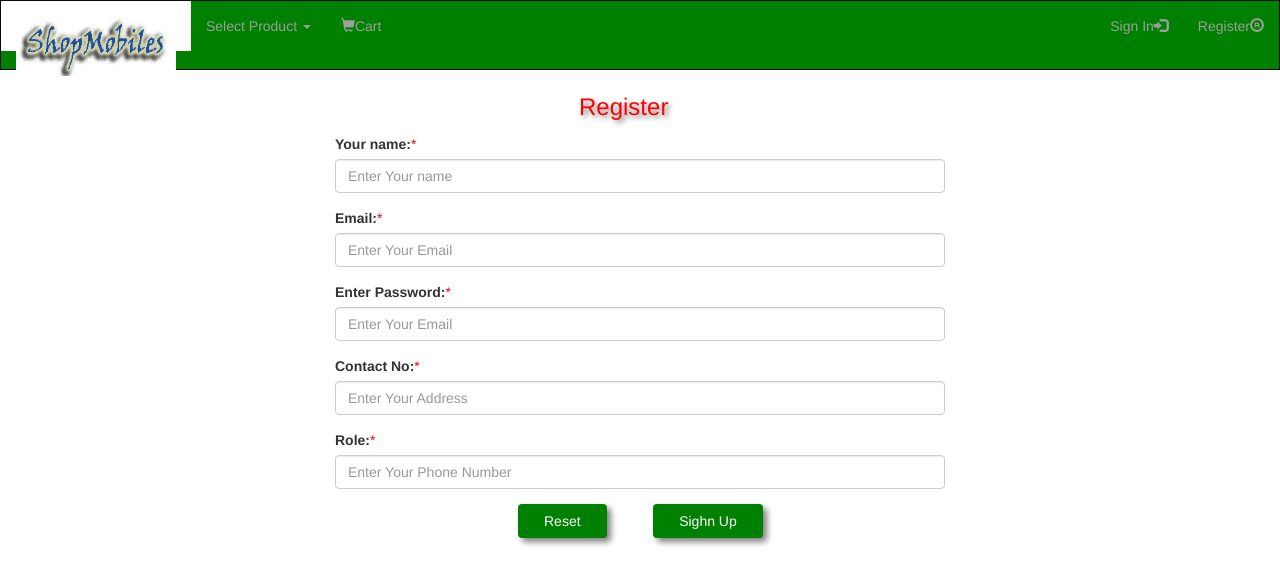
Repository: KoustabhBiswas/Final-Ecommerce-Project
Page: http://localhost/ecommerce1/WEB-INF/views/register.jsp
An editor plug-in stored every save of this project. The page is shown before and after the next save, followed by the edit.
The browser window is 1280 px wide. The pictures show the whole page.
Some web libraries are served in a nearby version. The page is served by Tomcat 9. Nobody is signed in. Other server files are loaded and not shown. The template is opened directly, without the code that normally fills it, so the values that code supplies are empty.

Above is the page before, as saved 2017-09-17 12:11:55.

### Final Ecommerce Project/Ecommerce_Project-master/project/ecommerce1/src/main/webapp/WEB-INF/views/register.jsp
<%@ page language="java" contentType="text/html; charset=ISO-8859-1"
    pageEncoding="ISO-8859-1"%>
    <%@ taglib uri="http://www.springframework.org/tags/form" prefix="form" %>
<!DOCTYPE html PUBLIC "-//W3C//DTD HTML 4.01 Transitional//EN" "http://www.w3.org/TR/html4/loose.dtd">
<html>
<head>
<meta http-equiv="Content-Type" content="text/html; charset=ISO-8859-1">
<title>Insert title here</title>
<link rel="stylesheet"
	href="https://cdnjs.cloudflare.com/ajax/libs/font-awesome/4.7.0/css/font-awesome.min.css">

<link rel="stylesheet"
	href="https://maxcdn.bootstrapcdn.com/bootstrap/3.3.7/css/bootstrap.min.css">
<script
	src="https://ajax.googleapis.com/ajax/libs/jquery/3.2.1/jquery.min.js"></script>
<script
	src="https://maxcdn.bootstrapcdn.com/bootstrap/3.3.7/js/bootstrap.min.js"></script>
<style>
.btn{
	box-shadow:4px 4px 6px grey;
	margin-right: 10%;
	padding-right: 25px;
	padding-left: 25px;
	background-color: green;
	color: white;
}
.btn:hover{
	box-shadow:2px 2px 4px grey;
	background-color: blue;
}
</style>
</head>
<body>
<div class="container-fluid">
	<%@ include file="shared/navbar.jsp" %>
	<div class="row" >

  		<div class="col-md-6" style="margin-left: 25%; ">
  				<div><p style="color: red; margin-left: 40%; font-size: 24px; text-shadow: 3px 3px 5px grey; ">Register</p></div>

  			<form:form action="userSubmit" modelAttribute="registration" method="post" class="form-group">
  				<div class="form-group">
  				<form:input type="hidden" path="userId" />
  					<form:label path="userName">Your name:</form:label><span style="color: red">*</span>
  					<form:input type="text" name="uname" path="userName" class="form-control" placeholder="Enter Your name" />
  				</div>

  				<div class="form-group">
  					<form:label path="emailId">Email:</form:label><span style="color: red">*</span>
  					<form:input type="text" path="emailId" class="form-control" placeholder="Enter Your Email" />
  				</div>
				<div class="form-group">
  					<form:label path="password">Enter Password:</form:label><span style="color: red">*</span>
  					<form:input type="password" path="password" class="form-control" placeholder="Enter Your Email" />
  				</div>

  				<div class="form-group">
  					<form:label path="contactNo">Contact No:</form:label><span style="color: red">*</span>
  					<form:input type="text" path="contactNo" class="form-control" placeholder="Enter Your Address" />
  				</div>

  				<div class="form-group">
  					<form:label path="role">Role:</form:label><span style="color: red">*</span>
  					<form:input type="text" path="role" class="form-control" placeholder="Enter Your Phone Number" />
  				</div>



  				<div style="margin-left: 30% ">
  					<input type="reset" value="Reset" class="btn" style="">

  					<input type="submit" value="Sighn Up" class="btn" style="  padding-right: 25px; padding-left: 25px;">
  				</div>

  			</form:form>

  		</div>

  	</div>
  	</div>
</body>
</html>

### Final Ecommerce Project/Ecommerce_Project-master/project/ecommerce1/src/main/webapp/WEB-INF/views/shared/navbar.jsp
<%@ page language="java" contentType="text/html; charset=ISO-8859-1"
	pageEncoding="ISO-8859-1" isELIgnored="false"%>
<%@ taglib uri="http://www.springframework.org/security/tags"
	prefix="sec"%>
<%@ taglib uri="http://java.sun.com/jsp/jstl/core" prefix="c"%>

<style>
nav {
	background-color: #1b6d85;
}
</style>

<div class="row" style="border-bottom-style: none;">
	<nav class="navbar navbar-inverse"
		style="background-color: green; border-radius: 0px; color: white; height:70px">
		<div class="container-fluid">
			<div class="navbar-header" >
				<a class="navbar-brand" href="home" style="background-color:white; "><img
					src="<c:url value="/resources/images/shopmobiles4.jpg" />" height=60px width=160px style="margin-bottom:-1%"></a>
			</div>
			<ul class="nav navbar-nav">

				<li class="dropdown"><a class="dropdown-toggle"
					data-toggle="dropdown" href="#">Select Product <span
						class="caret"></span></a>
					<ul class="dropdown-menu">
						<li><a href="${pageContext.request.contextPath}/samsung">Samsung</a></li>
						<li><a href="${pageContext.request.contextPath}">Nokia</a></li>
						<li><a href="#">HTC</a></li>
					</ul></li>

				<li><a href="/ecommerce1/user/view/cart"><span
						class="glyphicon glyphicon-shopping-cart"></span>Cart</a></li>

			</ul>
			<ul class="nav navbar-nav navbar-right">
				<sec:authorize access="hasAuthority('Admin')">
					<li class="dropdown"><a class="dropdown-toggle"
						data-toggle="dropdown" href="#">Admin <span class="caret"></span></a>
						<ul class="dropdown-menu">
							<li><a href="admin/product">Product</a></li>
							<li><a href="admin/supplier">Supplier</a></li>

						</ul></li>
				</sec:authorize>
				<sec:authorize access="isAnonymous()">
					<li><a href="login">Sign In<span
							class="glyphicon glyphicon-log-in"></span></a></li>
				</sec:authorize>
				<sec:authorize access="isAuthenticated()">
					<li><a href="/ecommerce1/logout">LOGOUT</a><span>${name}</span></li>
				</sec:authorize>
				<li><a href="registerpage">Register<span
						class="glyphicon glyphicon-registration-mark"></span></a>${username}</li>
			</ul>
		</div>
	</nav>
</div>

After the next save:
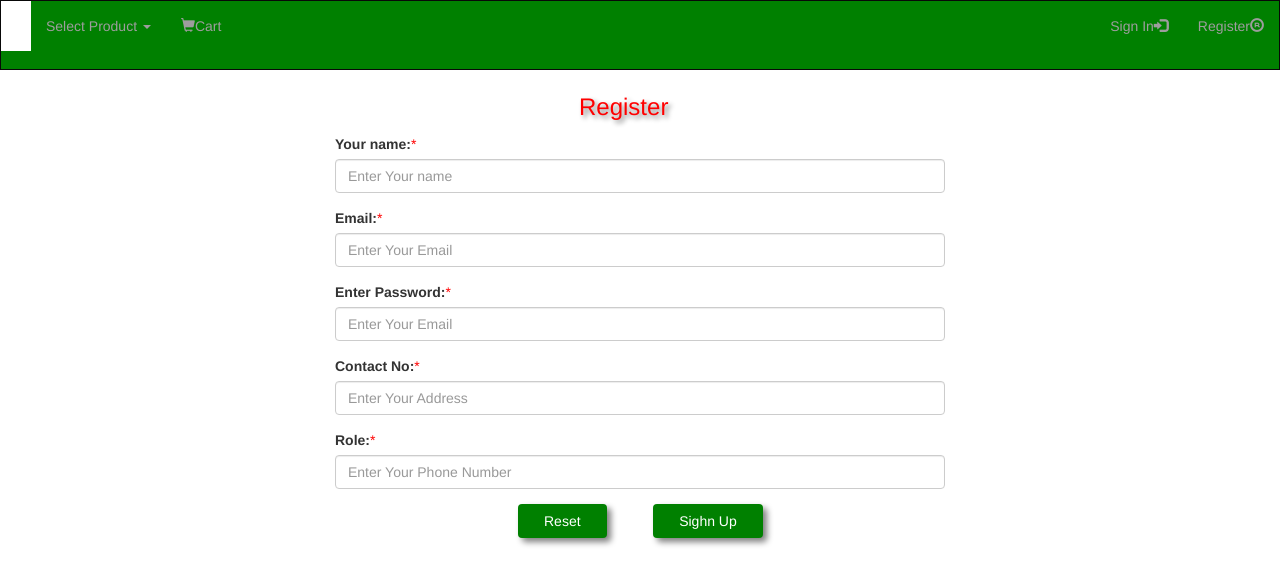
Saved 89 s later.
--- a/Final Ecommerce Project/Ecommerce_Project-master/project/ecommerce1/src/main/webapp/WEB-INF/views/shared/navbar.jsp
+++ b/Final Ecommerce Project/Ecommerce_Project-master/project/ecommerce1/src/main/webapp/WEB-INF/views/shared/navbar.jsp
@@ -15,8 +15,7 @@ nav {
 		style="background-color: green; border-radius: 0px; color: white; height:70px">
 		<div class="container-fluid">
 			<div class="navbar-header" >
-				<a class="navbar-brand" href="home" style="background-color:white; "><img
-					src="<c:url value="/resources/images/shopmobiles4.jpg" />" height=60px width=160px style="margin-bottom:-1%"></a>
+				<a class="navbar-brand" href="home" style="background-color:white;  background-image: url("shopmobiles4.jpg")"></a>
 			</div>
 			<ul class="nav navbar-nav">
 
